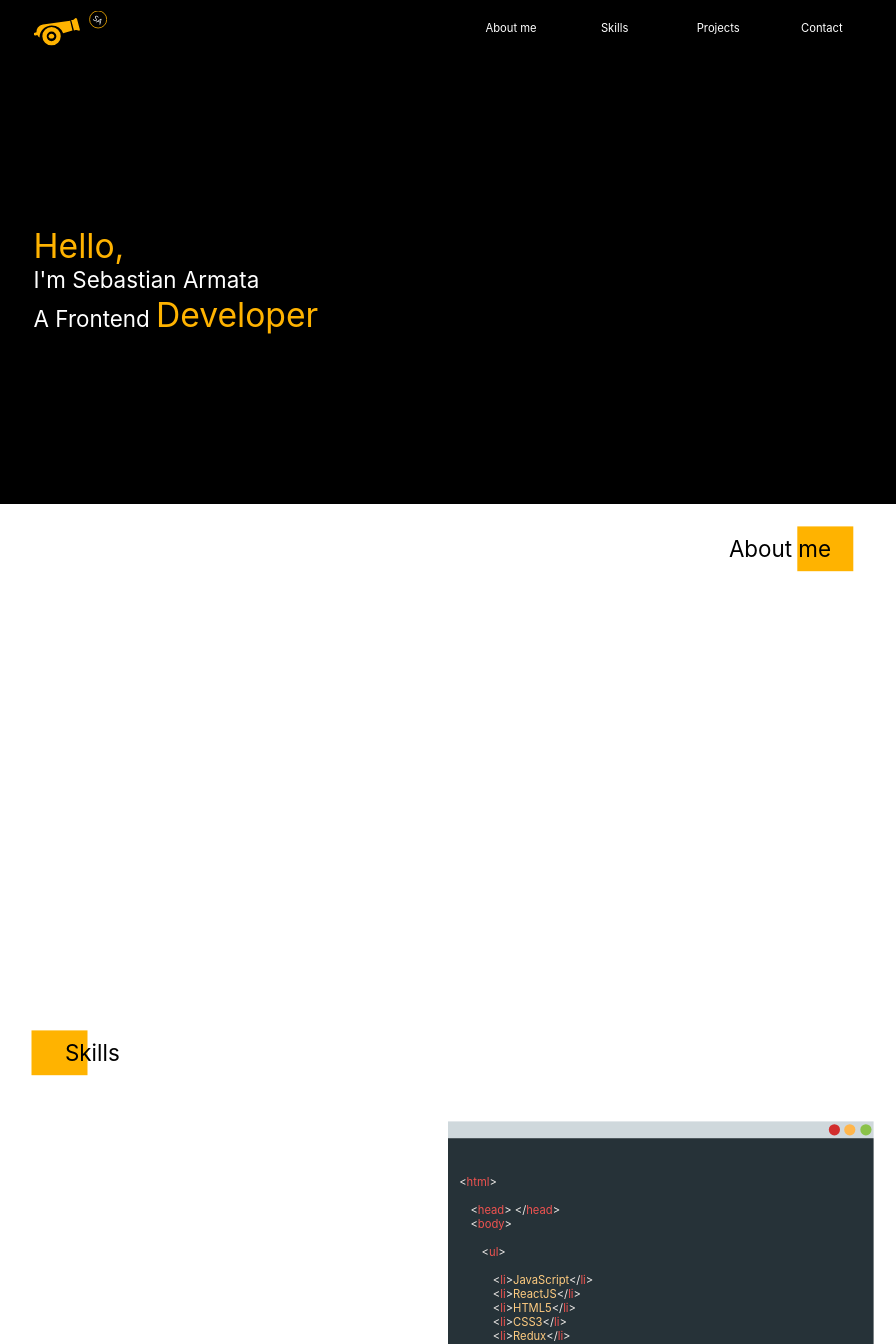
Repository: SebastianArmata22/Portfolio
Page: /
An editor plug-in stored every save of this project. The page is shown before and after the next save, followed by the edit.
The browser window is 1280 px wide. The pictures show the part of the page from y = 0 to 1920 px (the page is 3664 px tall), at 70% of full size.
The project was rebuilt for these pictures with package versions that can differ from the ones it lists, and the page was loaded fresh each time.

Above is the page before, as saved 2021-02-24 18:29:01.

After the next save:
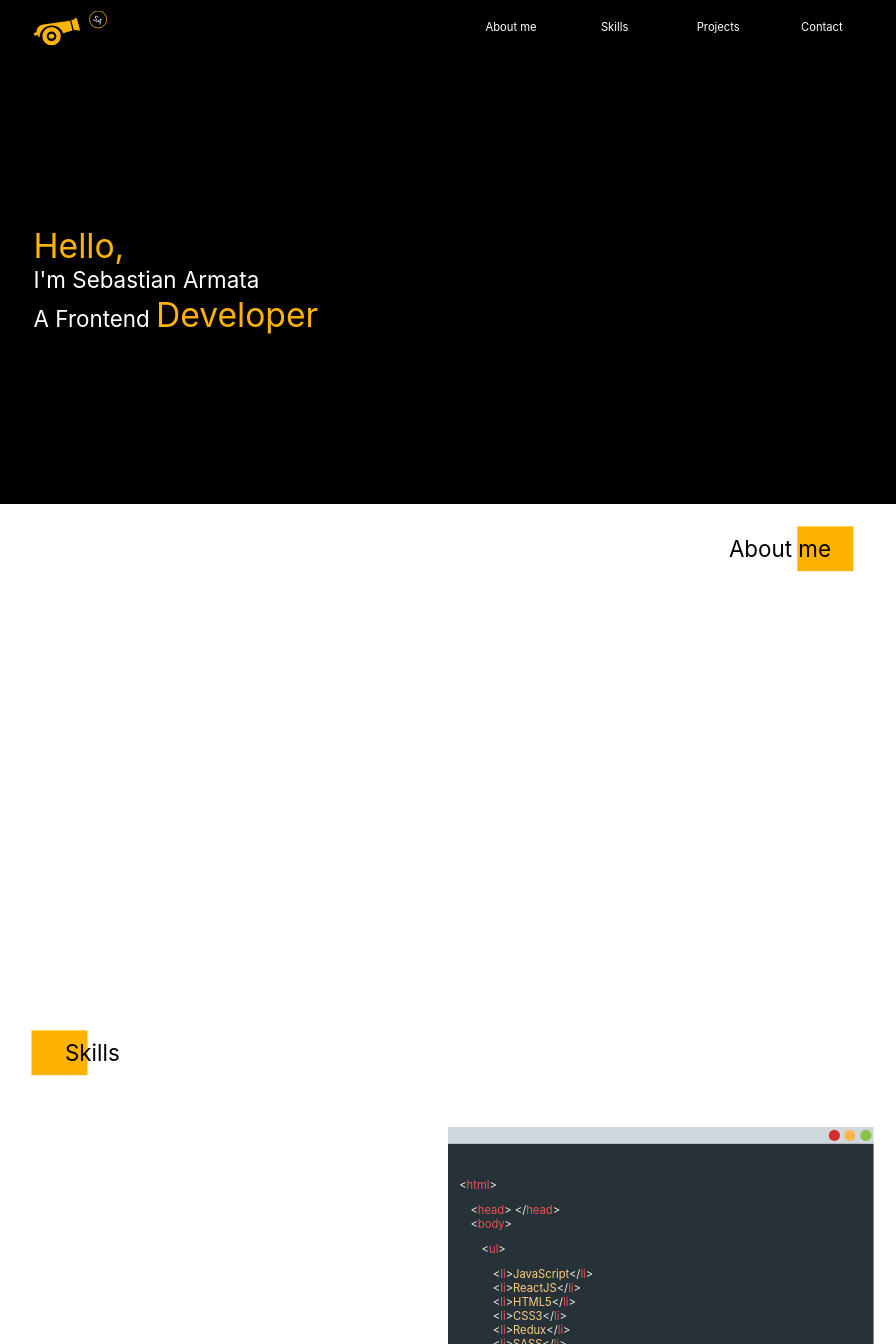
Saved 6 s later.
--- a/src/components/consoleSkills/consoleSkills.module.scss
+++ b/src/components/consoleSkills/consoleSkills.module.scss
@@ -8,7 +8,7 @@ ul {
     color: #EFEBE9;
     padding-left: 1rem;
     padding-right: 1rem;
-    margin-top: 20px;
+    margin-top: 1rem;
     margin-bottom: 20px;
   }
 .html_text {
